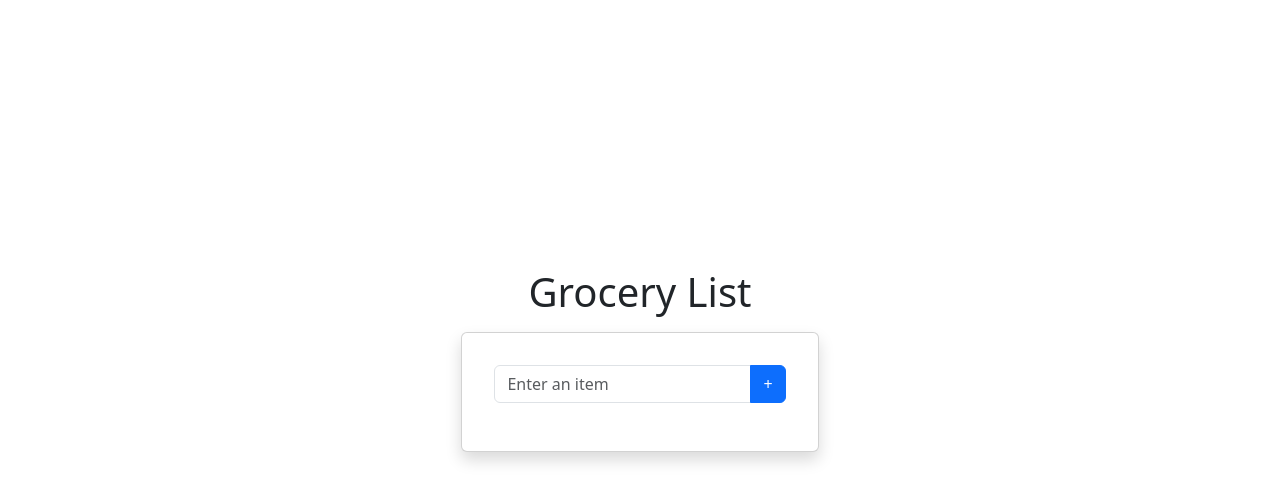
Repository: JuliaW05/CS491
Page: / (app in GroceryList/)
An editor plug-in stored every save of this project. The page is shown before and after a run of saves, followed by the edit.
The browser window is 1280 px wide. The pictures show the whole page.
The project was rebuilt for these pictures with package versions that can differ from the ones it lists, and the page was loaded fresh each time. Also part of the build but not shown: GroceryList/vite.config.js.

Above is the page before, as saved 2026-03-04 23:46:49.

### GroceryList/index.html
<!doctype html>
<html lang="en">
  <head>
    <meta charset="UTF-8" />
    <link rel="icon" type="image/svg+xml" href="/vite.svg" />
    <meta name="viewport" content="width=device-width, initial-scale=1.0" />
    <title>grocery-list</title>
  </head>
  <body>
    <div id="root"></div>
    <script type="module" src="/src/main.jsx"></script>
  </body>
</html>

### GroceryList/src/App.jsx
import { useState } from "react";
import "./App.css";
import "bootstrap/dist/css/bootstrap.min.css";
import GroceryList from "./GroceryList";

function App() {
  return (
    <>
      <div className="container text-center mt-6">
        <h1 className="mb-3"><b></b>Grocery List</h1>
        <GroceryList></GroceryList>
      </div>
    </>
  );
}

export default App;

### GroceryList/src/GroceryList.jsx
import "./App.css";
import { useState } from "react";

const GroceryList = () => {
  const [list, setList] = useState([]);
  const [item, setItem] = useState("");

  const addItem = () => {
    setList([...list, item]);
    setItem("");
  };

  return (
    <div className="card p-6 shadow">
      <div className="input-group mb-3">
        <input
          type="text"
          className="form-control"
          placeholder="Enter an item"
          value={item}
          onChange={(e) => setItem(e.target.value)}
        />
        <button className="btn btn-primary" onClick={addItem}>
          +
        </button>
      </div>
      <div>
        <ul className="list-group">
          {" "}
          {list.map((i, index) => (
            <li className="list-group-item" key={index}>
              {i}
            </li>
          ))}
        </ul>
      </div>
    </div>
  );
};

export default GroceryList;

Loaded but not shown: GroceryList/src/main.jsx (common file); GroceryList/src/index.css (common file); GroceryList/src/App.css (common file)

After the next 3 saves:
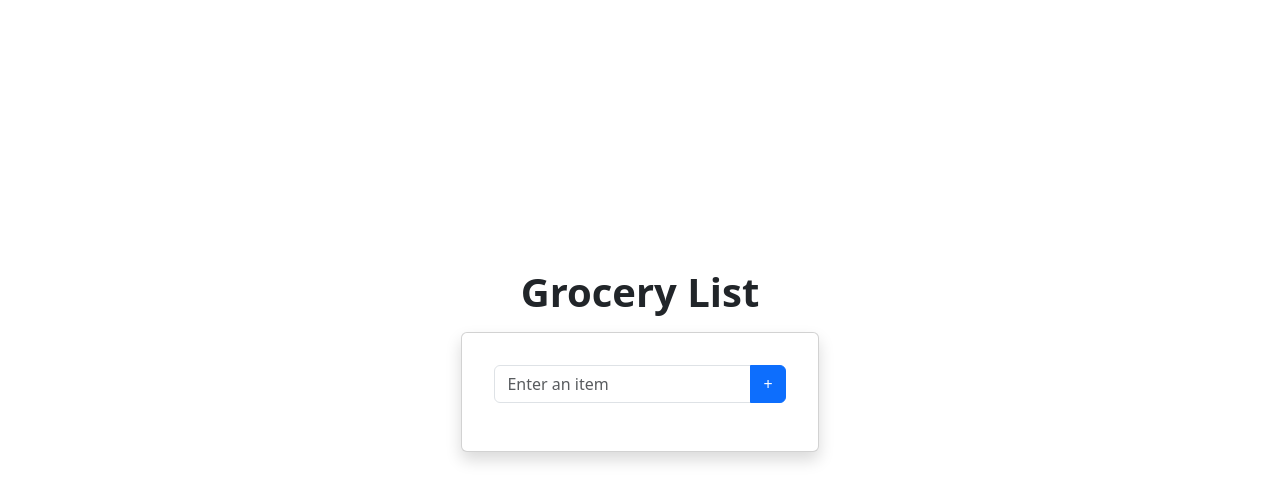
The 3 saves are shown as one change because they came seconds apart.
The last was saved 9 s later.
--- a/GroceryList/src/App.jsx
+++ b/GroceryList/src/App.jsx
@@ -7,7 +7,9 @@ function App() {
   return (
     <>
       <div className="container text-center mt-6">
-        <h1 className="mb-3"><b></b>Grocery List</h1>
+        <h1 className="mb-3">
+          <b>Grocery List</b>
+        </h1>
         <GroceryList></GroceryList>
       </div>
     </>
